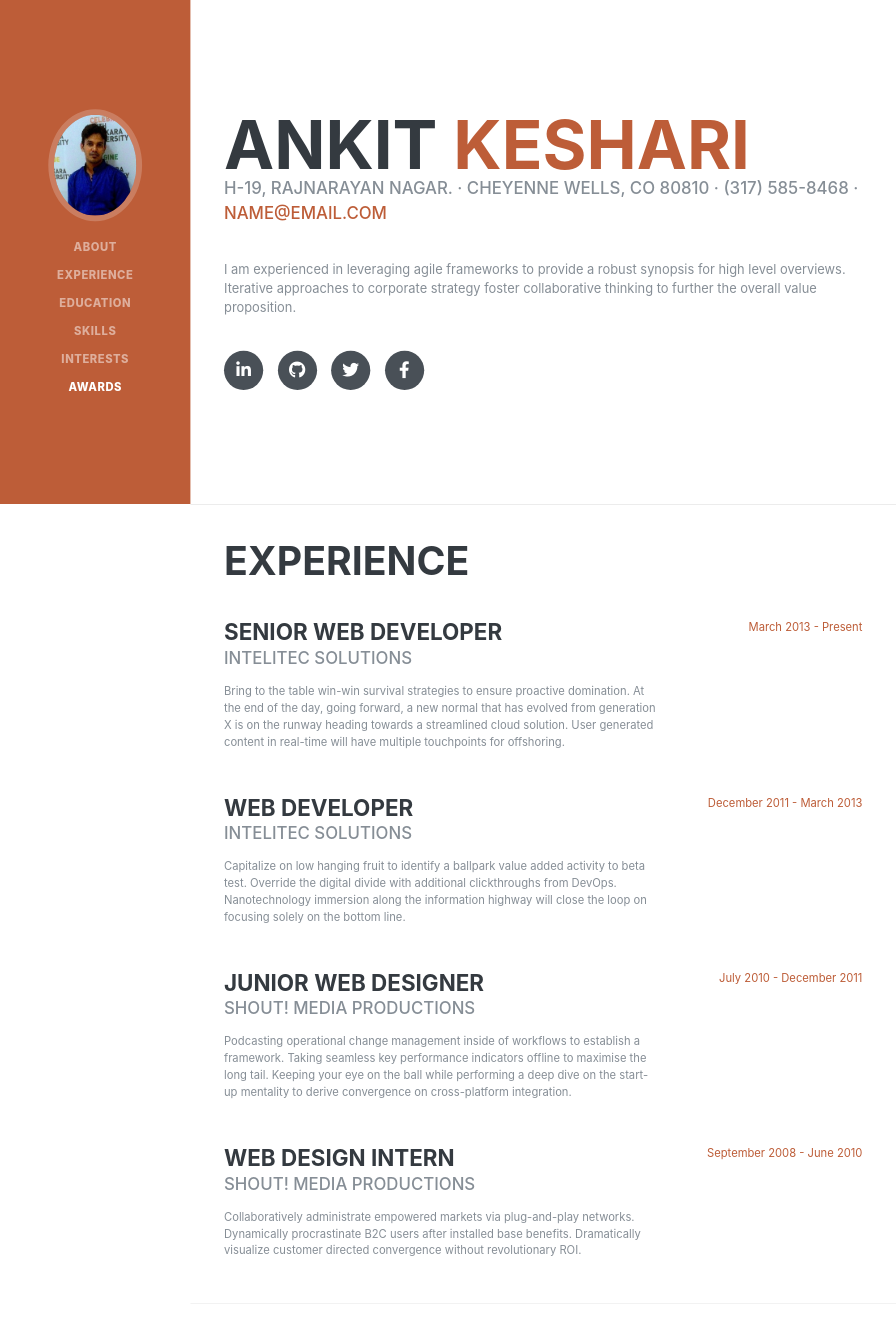
Repository: ankitkeshari719/ankitkeshari719.github.io
Page: index.html
An editor plug-in stored every save of this project. The page is shown before and after the next save, followed by the edit.
The browser window is 1280 px wide. The pictures show the part of the page from y = 0 to 1920 px (the page is 4746 px tall), at 70% of full size.
Some web fonts or font styles are not loaded; a fallback is used.

Above is the page before, as saved 2020-03-13 15:52:20.

After the next save:
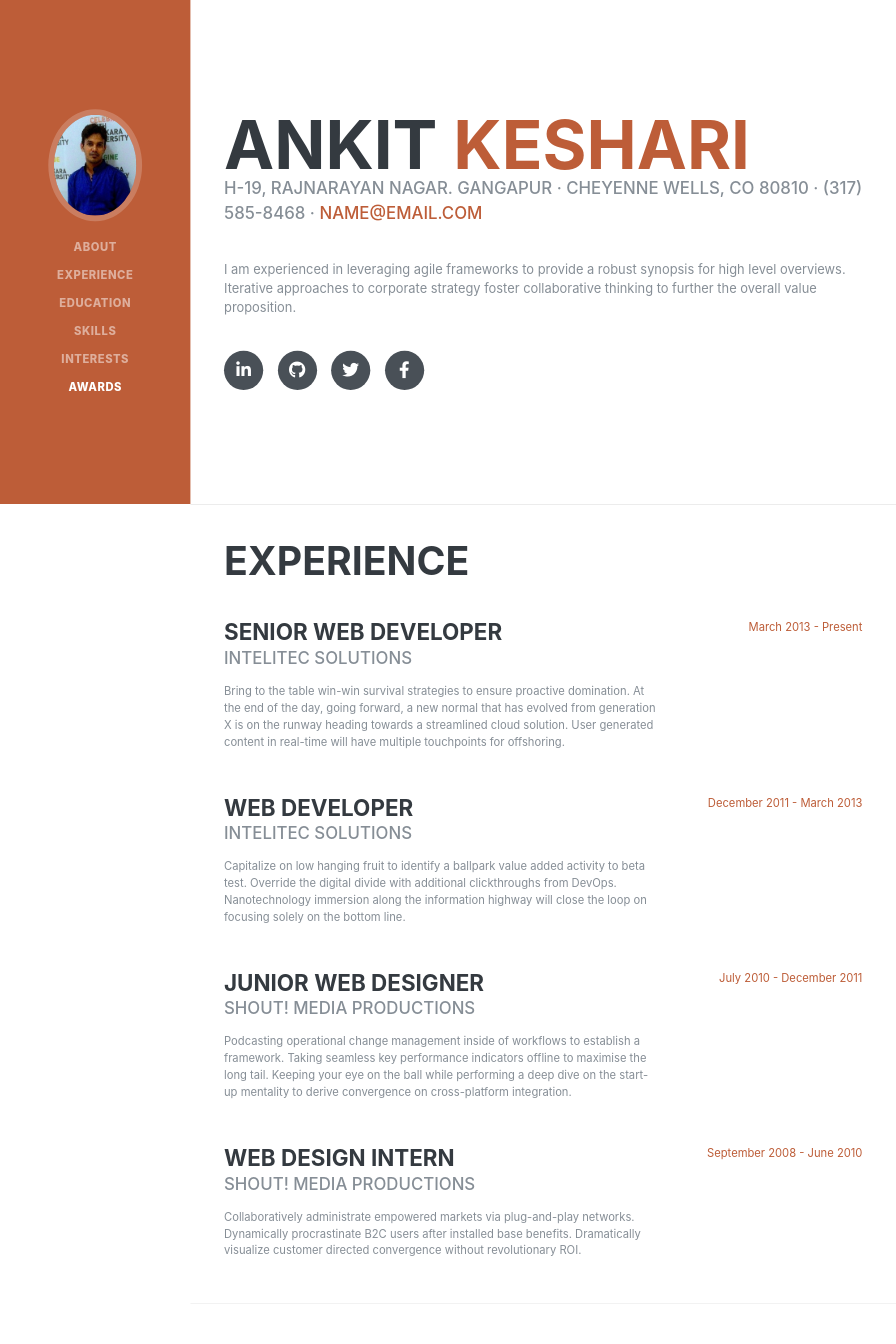
Saved 5 s later.
--- a/index.html
+++ b/index.html
@@ -65,7 +65,7 @@
         <h1 class="mb-0">Ankit
           <span class="text-primary">Keshari</span>
         </h1>
-        <div class="subheading mb-5">H-19, Rajnarayan Nagar.  · Cheyenne Wells, CO 80810 · (317) 585-8468 ·
+        <div class="subheading mb-5">H-19, Rajnarayan Nagar. Gangapur  · Cheyenne Wells, CO 80810 · (317) 585-8468 ·
           <a href="mailto:name@email.com">name@email.com</a>
         </div>
         <p class="lead mb-5">I am experienced in leveraging agile frameworks to provide a robust synopsis for high level overviews. Iterative approaches to corporate strategy foster collaborative thinking to further the overall value proposition.</p>
